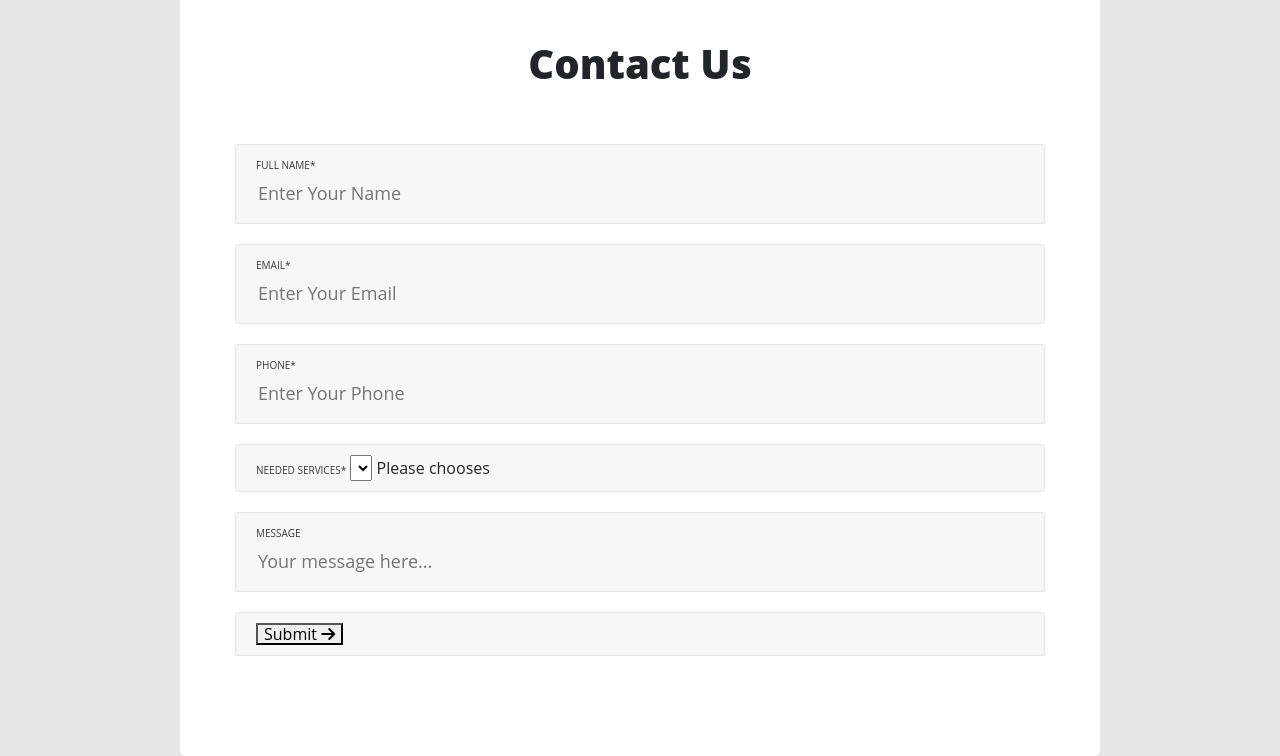
Repository: letrongtinh27/LapTrinhWeb
Page: form-contact/index.html
These files come from the project's save history. The page is drawn as it stood at one moment and after the next save; the edit follows.
The browser window is 1280 px wide. The pictures show the whole page.

Above is the page before, as saved 2022-10-09 11:49:59.

### form-contact/index.html
<!DOCTYPE html>
<html lang="en">
<head>
    <meta charset="UTF-8">
    <meta http-equiv="X-UA-Compatible" content="IE=edge">
    <meta name="viewport" content="width=device-width, initial-scale=1.0">
    <title>Form Contact Us</title>
    <link rel="stylesheet" href="https://cdn.jsdelivr.net/npm/bootstrap@4.3.1/dist/css/bootstrap.min.css" integrity="sha384-ggOyR0iXCbMQv3Xipma34MD+dH/1fQ784/j6cY/iJTQUOhcWr7x9JvoRxT2MZw1T" crossorigin="anonymous">
    <link rel="stylesheet" href="reset.css">
    <link rel="stylesheet" href="style.css">
    <link rel="stylesheet" href="https://cdnjs.cloudflare.com/ajax/libs/font-awesome/6.2.0/css/all.min.css" integrity="sha512-xh6O/CkQoPOWDdYTDqeRdPCVd1SpvCA9XXcUnZS2FmJNp1coAFzvtCN9BmamE+4aHK8yyUHUSCcJHgXloTyT2A==" crossorigin="anonymous" referrerpolicy="no-referrer" />
</head>
<body>
    <div class="contact">
        <h2 class="contact-title">Contact Us</h2>
        <form action="#" class="contact-form" autocapitalize="off">
            <div class="form-group">
                <label for="">FULL NAME*</label>
                <input type="text" class="form-input" placeholder="Enter Your Name">
            </div>
            <div class="form-group form-group-2 alpha ">
                <label for="">EMAIL*</label>
                <input type="email" class="form-input alpha" placeholder="Enter Your Email">
            </div>
            <div class="form-group form-group-2 omega">
                <label for="">PHONE*</label>
                <input type="email" class="form-input" placeholder="Enter Your Phone">
            </div>
            <div class="form-group">
                <label for="">NEEDED SERVICES*</label>
                <select name="service" id="">
                </select>
                <span>Please chooses</span>
            </div>
            <div class="form-group">
                <label for="">MESSAGE</label>
                <input type="text" class="form-input text-area" placeholder="Your message here...">
            </div>
            <div class="form-group">
                <button class="form-submit">Submit <i class="fa-solid fa-arrow-right"></i></button>
            </div>
        </form>
    </div>
    <script src="https://code.jquery.com/jquery-3.3.1.slim.min.js" integrity="sha384-q8i/X+965DzO0rT7abK41JStQIAqVgRVzpbzo5smXKp4YfRvH+8abtTE1Pi6jizo" crossorigin="anonymous"></script>
    <script src="https://cdn.jsdelivr.net/npm/popper.js@1.14.7/dist/umd/popper.min.js" integrity="sha384-UO2eT0CpHqdSJQ6hJty5KVphtPhzWj9WO1clHTMGa3JDZwrnQq4sF86dIHNDz0W1" crossorigin="anonymous"></script>
    <script src="https://cdn.jsdelivr.net/npm/bootstrap@4.3.1/dist/js/bootstrap.min.js" integrity="sha384-JjSmVgyd0p3pXB1rRibZUAYoIIy6OrQ6VrjIEaFf/nJGzIxFDsf4x0xIM+B07jRM" crossorigin="anonymous"></script>
</body>
</html>

### form-contact/style.css
body {
    font-family: 'Open Sans',sans-serif;
    width: 100%;
    height: 100vh;
    display: flex;
    align-items: center;
    justify-content: center;
    background: #e6e6e6;
}

.contact{
   width: 100%;
   max-width: 920px;
   background-color: #ffffff;
   border-radius: 5px;
   padding: 80px 55px;
}
.contact-title{
    font-size: 40px;
    text-align: center;
    padding-bottom: 60px;
    font-weight: 800;
}

.form-group{
    margin-bottom: 20px;
    width: 100%;
    border: 1px solid #e6e6e6;
    background-color: #f7f7f7;
    border-radius: 3px;
    padding: 10px 30px 10px 20px;
}

.form-group-2 {
    justify-content: space-between;
}
 .alpha {
    width: calc(50% -5px) !important;
}
.form-input{
    font-family: 'Open Sans',sans-serif;
    color: #555555;
    background-color: #f7f7f7;
    width: 100%;
    padding-right: 15px;
    line-height: 1.2;
    height: 40px;
    font-size: 18px;
    outline: none;
    border: 0;
}
label {
    color: #393939;
    font-size: 10px;
    line-height: 1.5;
}
.form-submit{

}
.fa-solid{

}
.fa-arrow-right{

}

Loaded but not shown: form-contact/reset.css (common file)

After the next save:
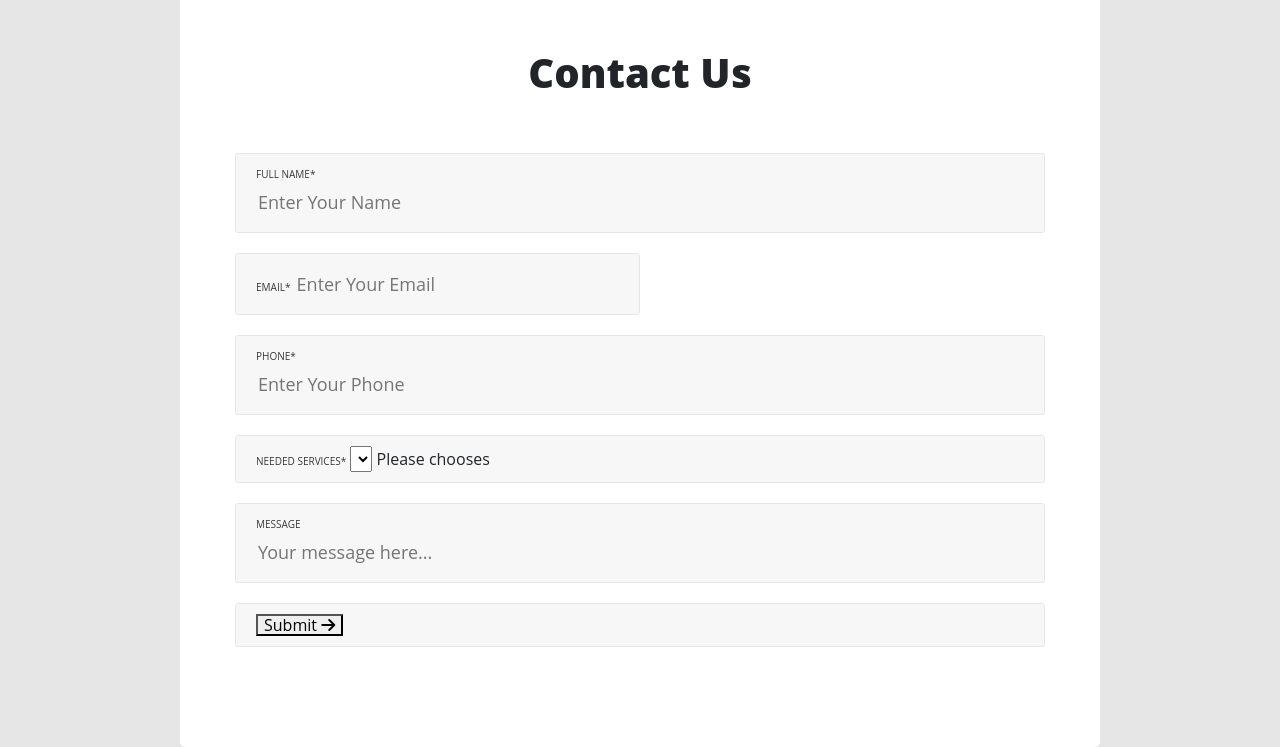
Saved 15 s later.
--- a/form-contact/style.css
+++ b/form-contact/style.css
@@ -35,7 +35,7 @@ body {
     justify-content: space-between;
 }
  .alpha {
-    width: calc(50% -5px) !important;
+    width: 50% !important;
 }
 .form-input{
     font-family: 'Open Sans',sans-serif;
